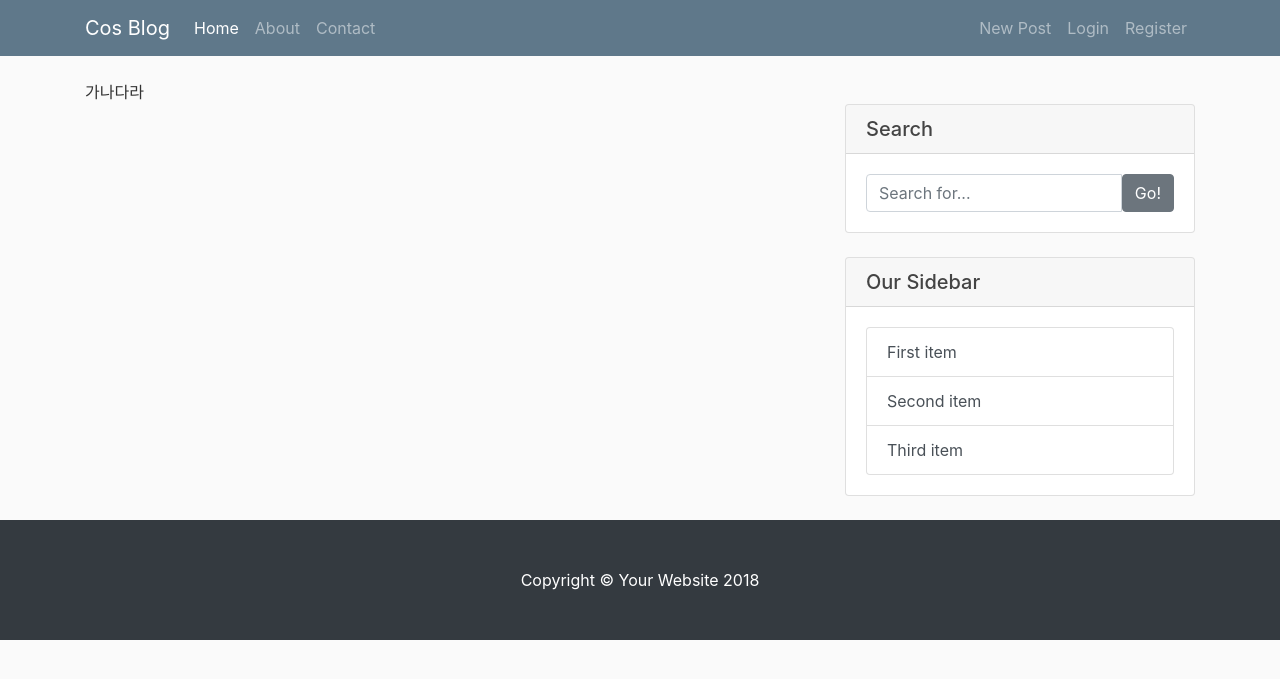
Repository: DogyeKing/blog
Page: http://localhost/blog/member/joinForm.jsp
These files come from the project's save history. The page is drawn as it stood at one moment and after the next save; the edit follows.
The browser window is 1280 px wide. The pictures show the whole page.
The page is served by Tomcat 9. Other server files are loaded and not shown.

Above is the page before, as saved 2018-08-02 05:27:04.

### blog/blog/WebContent/member/joinForm.jsp
<%@ page language="java" contentType="text/html; charset=UTF-8"
    pageEncoding="UTF-8"%>

<!DOCTYPE html>
<head>

  <meta charset="utf-8">
  <meta name="viewport" content="width=device-width, initial-scale=1, shrink-to-fit=no">
  <meta name="description" content="">
  <meta name="author" content="">

  <title>Cos Blog</title>

  <!-- Bootstrap core CSS -->
  <link href="<%=request.getContextPath()%>/css/bootstrap.css" rel="stylesheet">
  <!-- Bootstrap core JavaScript -->
  <script src="<%=request.getContextPath()%>/js/jquery.min.js"></script>
  <script src="<%=request.getContextPath()%>/js/bootstrap.bundle.min.js"></script>

  <!-- Custom styles for this template -->
  <link href="<%=request.getContextPath()%>/css/blog-home.css" rel="stylesheet">

</head>

<body>
	<!-- Nav Include -->
	<jsp:include page="../include/navigation.jsp"/>

<!-- Page Content -->
<div class="container">
  <div class="row">
    <!-- Blog Entries Column -->
<div class="col-md-8">
 가나다라
</div>

<!--  SideBar Include -->
	<jsp:include page="../include/sidebar.jsp"/>

<!-- Sidebar Widgets Column -->


</div>
<!-- /.row -->

</div>
<!-- /.container -->

<!-- Footer -->
<footer class="py-5 bg-dark">
  <div class="container">
    <p class="m-0 text-center text-white">Copyright &copy; Your Website 2018</p>
  </div>
  <!-- /.container -->
</footer>

</body>

</html>

### blog/blog/WebContent/include/navigation.jsp
<%@ page language="java" contentType="text/html; charset=UTF-8"
    pageEncoding="UTF-8"%>
<!DOCTYPE html>
  <!-- Navigation -->
 <nav class="navbar navbar-expand-lg navbar-dark bg-steel fixed-top">
   <div class="container">
     <a class="navbar-brand" href="main.jsp">Cos Blog</a>
     <button class="navbar-toggler" type="button" data-toggle="collapse" data-target="#navbarResponsive" aria-controls="navbarResponsive" aria-expanded="false" aria-label="Toggle navigation">
       <span class="navbar-toggler-icon"></span>
     </button>
     <div class="collapse navbar-collapse" id="navbarResponsive">
       <div class="navbar-nav">
           <a class="nav-item active nav-link mr-auto" href="#">Home
             <span class="sr-only">(current)</span>
           </a>
           <a class="nav-item nav-link" href="#">About</a>
              <a class="nav-item nav-link" href="#">Contact</a>
       </div>
       <div class="navbar-nav ml-auto">
           <a class="nav-item nav-link" href="#">New Post</a>
           <a class="nav-item nav-link" href="<%=request.getContextPath()%>/member/loginForm.jsp">Login</a>
           <a class="nav-item nav-link" href="<%=request.getContextPath()%>/member/joinForm.jsp">Register</a>
       </div>
     </div>
   </div>
</nav>

### blog/blog/WebContent/include/sidebar.jsp
<%@ page language="java" contentType="text/html; charset=UTF-8"
    pageEncoding="UTF-8"%>
<div class="col-md-4">
  <!-- Search Widget -->
<div class="card my-4">
 <h5 class="card-header">Search</h5>
 <div class="card-body">
   <div class="input-group">
     <input type="text" class="form-control" placeholder="Search for...">
     <span class="input-group-btn">
       <button class="btn btn-secondary" type="button">Go!</button>
     </span>
   </div>
 </div>
</div>

<!-- Categories Widget -->
  <div class="card my-4">
    <h5 class="card-header">Our Sidebar</h5>
    <div class="card-body">
      <div class="list-group">
        <a href="#" class="list-group-item list-group-item-action">First item</a>
        <a href="#" class="list-group-item list-group-item-action">Second item</a>
        <a href="#" class="list-group-item list-group-item-action">Third item</a>
      </div>
    </div>
  </div>
</div>

### blog/blog/WebContent/css/blog-home.css
body {
	background: #fafafa;
	color: #333333;
	margin-top: 5rem;
}

h1,h2,h3,h4,h5,h6 {
	color: #444444;
}

.bg-steel {
	background-color: #5f788a;
}

.site-header .navbar-nav .nav-link {
	color: #cbd5db;
}

.site-header .navbar-nav .nav-link:hover {
	color: #ffffff;
}

.content-section {
	background: #ffffff;
	padding: 10px 20px;
	border: 1px solid #dddddd;
	border-radius: 3px;
	margin-bottom: 20px;
}

.article-title {
	color: #444444;
}

a.article-title:hover {
	color: #428bca;
	text-decoration: none;
}

.article-content {
	white-space: pre-line;
}

.article-img {
	height: 65px
	width: 65px;
	margin-right: 16px;
}

.article-metadata {
	padding-bottom: 1px;
	margin-bottom: 4px
	border-bottom: 1px solid #e3e3e3;
}

.article-metadata a:hover {
	color: #333;
	text-decoration: none;
}

.article-svg {
	width: 25px;
	height: 25px;
	vertical-align: middle;
}

.account-img {
	height: 125px;
	width: 125px;
	margin-right: 20px;
	margin-bottom: 16px;
}

.account-heading {
	font-size: 2.5rem;
}

Loaded but not shown: blog/blog/WebContent/css/bootstrap.css (library); blog/blog/WebContent/js/jquery.min.js (library); blog/blog/WebContent/js/bootstrap.bundle.min.js (library)

After the next save:
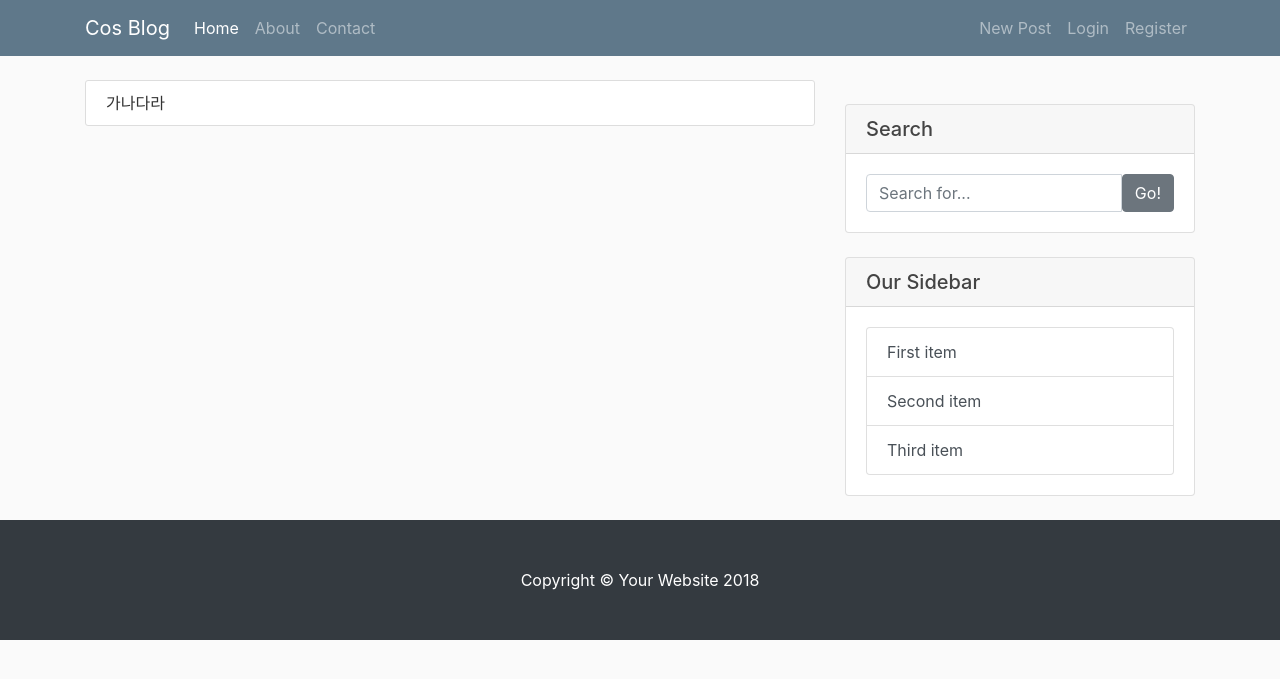
Saved 49 s later.
--- a/blog/blog/WebContent/member/joinForm.jsp
+++ b/blog/blog/WebContent/member/joinForm.jsp
@@ -31,7 +31,9 @@
   <div class="row">
     <!-- Blog Entries Column -->
 <div class="col-md-8">
- 가나다라
+	<div class="content-section">
+	가나다라
+	</div>
 </div>
 
 <!--  SideBar Include -->
